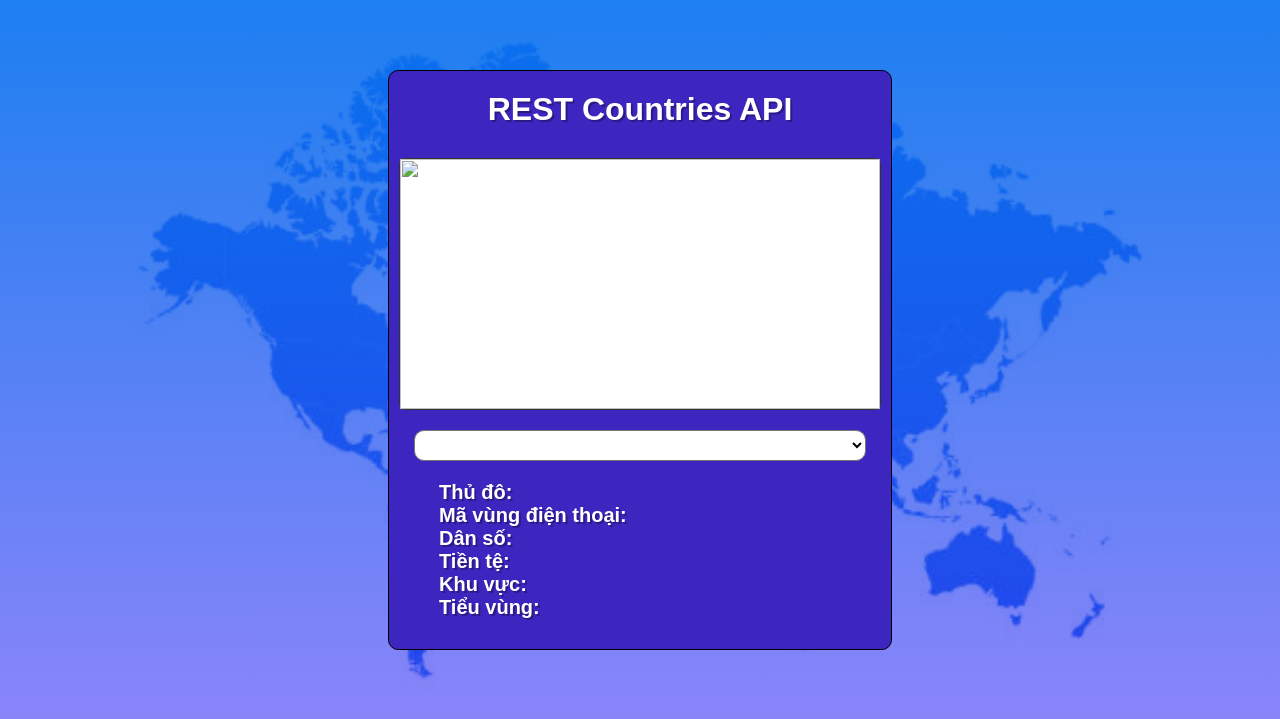
Repository: KhoaTran204/Rest-countries-api-app
Page: index.html
These files come from the project's save history. The page is drawn as it stood at one moment and after the next save; the edit follows.
The browser window is 1280 px wide. The pictures show the whole page.
The page's requests for data from a server got no answer.

Above is the page before, as saved 2024-04-14 09:25:51.

After the next save:
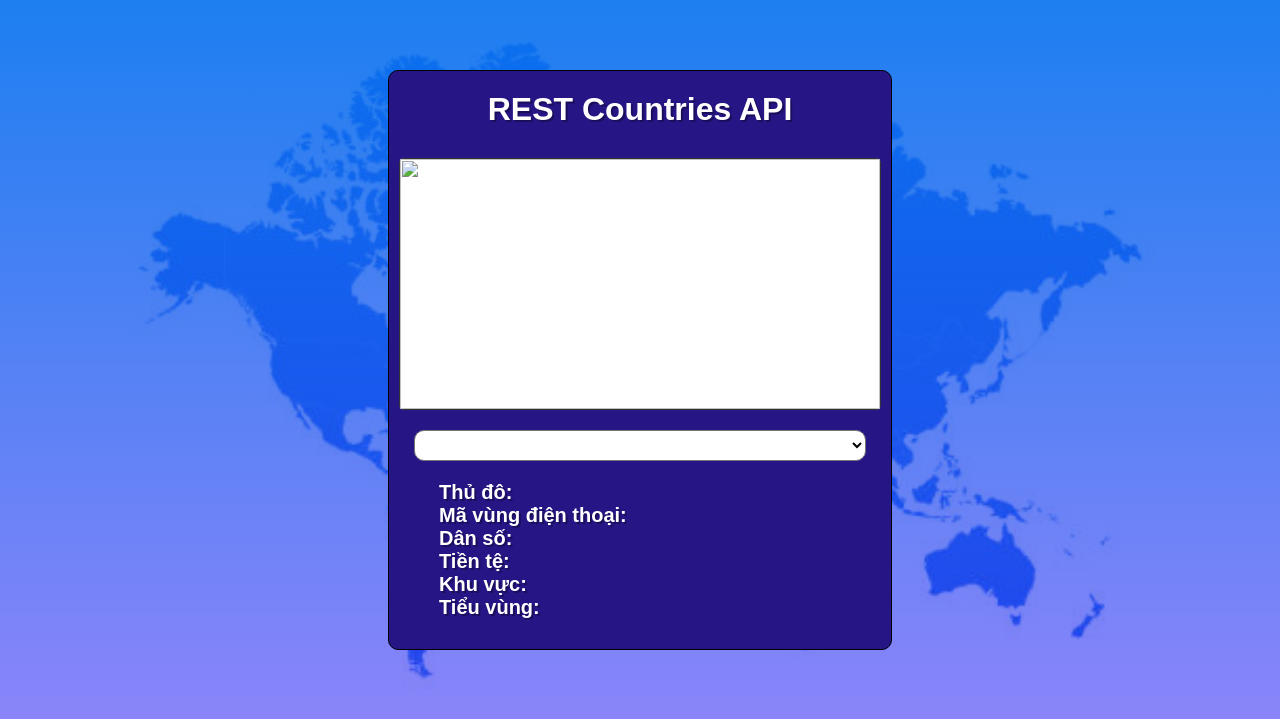
Saved 37 s later.
--- a/style.css
+++ b/style.css
@@ -37,7 +37,7 @@ body {
 }
 
 .container {
-  background-color: rgb(61, 38, 192);
+  background-color: rgb(38, 21, 133);
   border-radius: 10px;
   border: 1px solid black;
 }
@@ -70,7 +70,7 @@ body {
   min-width: 90%;
   color: black;
   font-size: 15px;
-  font-weight: lighter;
+  font-weight: bold;
   text-align-last: center;
   background-color: #fff;
   text-decoration: underline;
